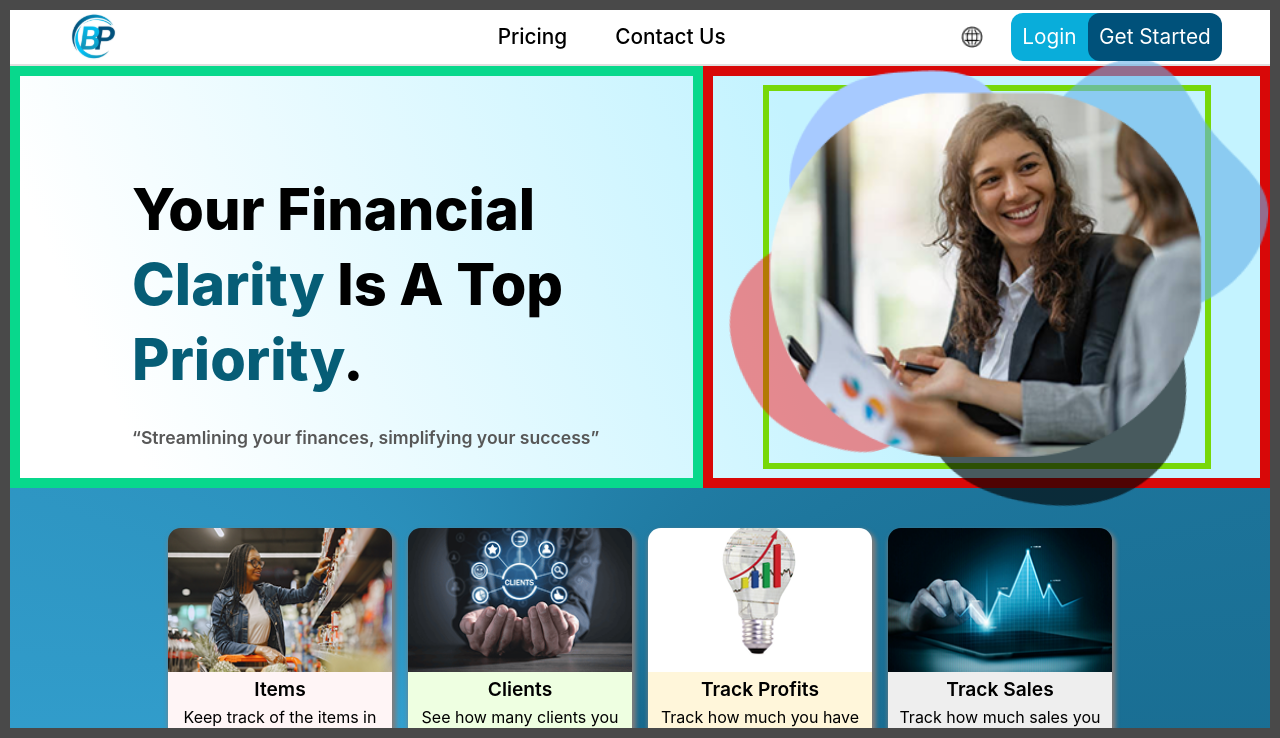
Repository: dark-txch/Bizpadi
Page: /
The author's editor kept a copy of each file at every save. The page is drawn from the files as they stood at one save, then again after the next save.
The browser window is 1280 px wide. The pictures show the whole page.
The project was rebuilt for these pictures with package versions that can differ from the ones it lists, and the page was loaded fresh each time. Also part of the build but not shown: vite.config.js, src/components/ErrorBoundary.jsx, src/components/LandingPage/PricingPage/Pricing.jsx, src/components/LandingPage/LogInPage/LogIn.jsx.

Above is the page before, as saved 2025-04-09 20:08:21.

After the next save:
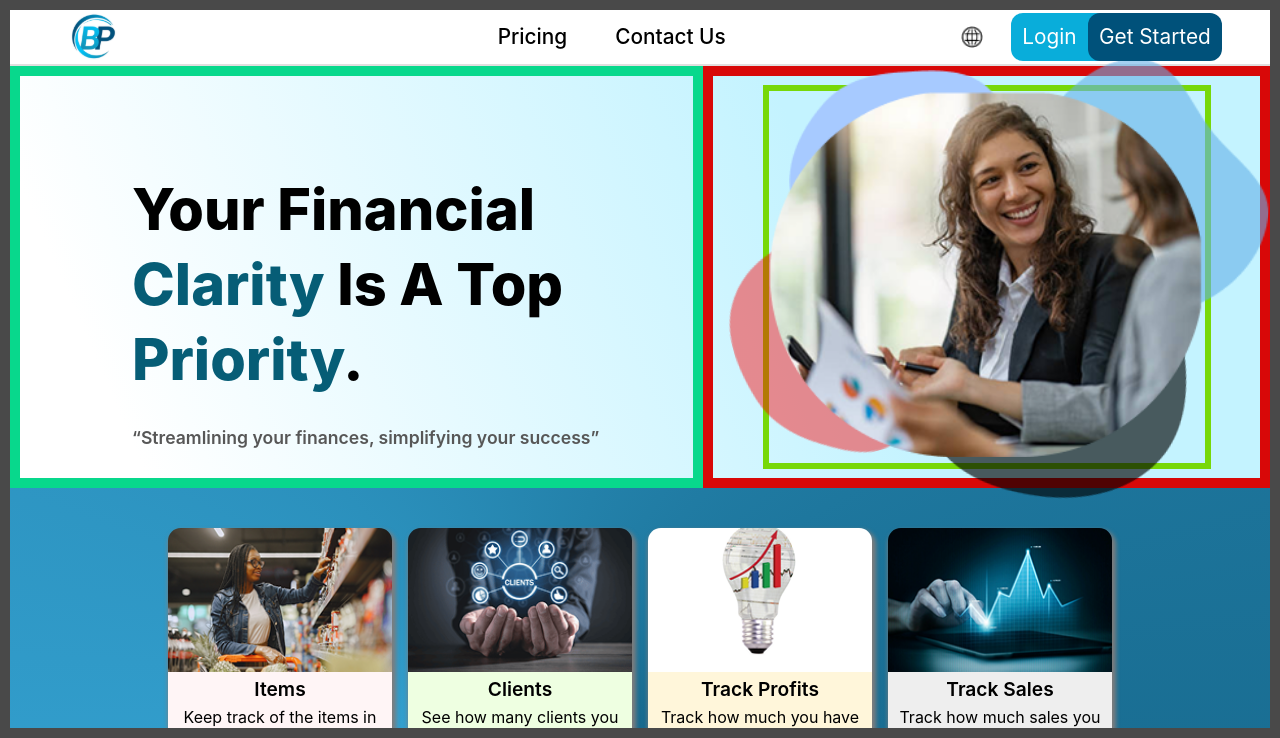
Saved 14 s later.
--- a/src/components/LandingPage/MidSection.css
+++ b/src/components/LandingPage/MidSection.css
@@ -80,7 +80,7 @@
 	position: absolute;
 	width: 16rem;
 	height: 16rem;
-	top: 4rem;
+	top: 3.5rem;
 	right: 2rem;
 	transform: translate(1rem, 6rem) rotate(10deg);
 }
